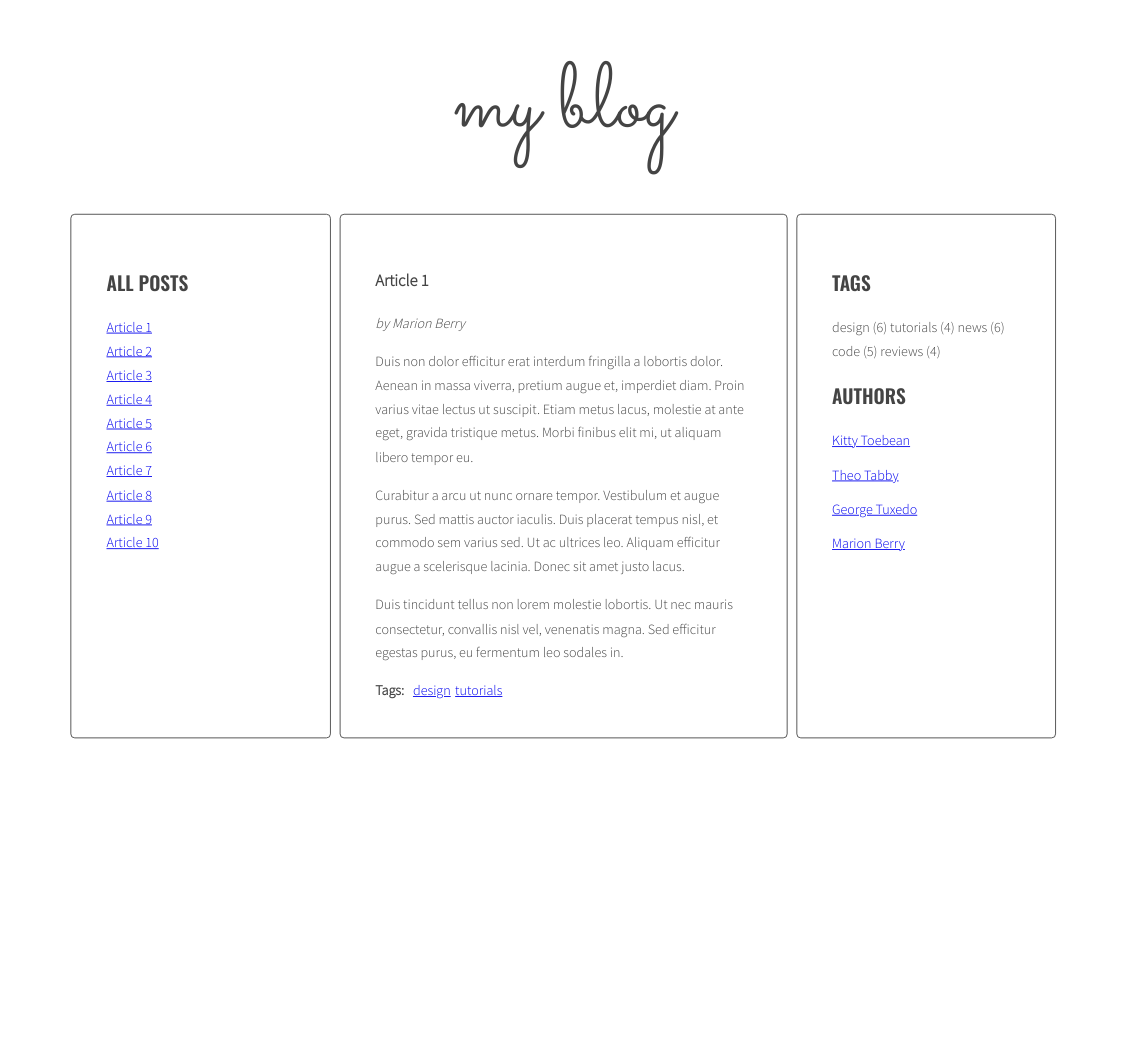
Repository: ulasup/javascript-blog
Page: index.html
These files come from the project's save history. The page is drawn as it stood at one moment and after the next save; the edit follows.
The browser window is 1280 px wide. The pictures show the whole page, at 88% of full size.
The style sheet was rebuilt from its Sass, Less or Tailwind sources for each picture, by a compiler version that may differ from the author's.

Above is the page before, as saved 2020-12-19 17:51:07.

### index.html
<!DOCTYPE html>
<html  lang="en">
    <head>
        <meta charset="UTF-8">
        <title>Film blog</title>
        <link rel="stylesheet" href="css/style.css">
    </head>
    <body>
        <div class="blog">
            <div class="container">
              <h1 class="logo">my blog</h1>
              <main class="wrapper">
                <aside class="sidebar">
                  <h2 class="section-title">All posts</h2>
                  <ul class="list titles">
                  </ul>
                </aside>
                <section class="posts">
                  <article class="post active" id="article-1" data-tags="design tutorials">
                    <h3 class="post-title">Article 1</h3>
                    <p class="post-author">by Marion Berry</p>
                    <div class="post-content">
                      <p>Duis non dolor efficitur erat interdum fringilla a lobortis dolor. Aenean in massa viverra, pretium augue et, imperdiet diam. Proin varius vitae lectus ut suscipit. Etiam metus lacus, molestie at ante eget, gravida tristique metus. Morbi finibus elit mi, ut aliquam libero tempor eu.</p>
                      <p>Curabitur a arcu ut nunc ornare tempor. Vestibulum et augue purus. Sed mattis auctor iaculis. Duis placerat tempus nisl, et commodo sem varius sed. Ut ac ultrices leo. Aliquam efficitur augue a scelerisque lacinia. Donec sit amet justo lacus.</p>
                      <p>Duis tincidunt tellus non lorem molestie lobortis. Ut nec mauris consectetur, convallis nisl vel, venenatis magna. Sed efficitur egestas purus, eu fermentum leo sodales in.</p>
                    </div>
                    <div class="post-tags">
                      <p><strong>Tags:</strong></p>
                      <ul class="list list-horizontal">
                      </ul>
                    </div>
                  </article>
                  <article class="post" id="article-2" data-tags="news code">
                    <h3 class="post-title">Article 2</h3>
                    <p class="post-author">by Theo Tabby</p>
                    <div class="post-content">
                      <p>Phasellus sollicitudin, arcu vel iaculis ullamcorper, quam leo viverra orci, et faucibus quam sapien vel est. Maecenas ac suscipit elit. Nullam interdum, lorem vitae venenatis pulvinar, ex dui malesuada nunc, tempus cursus enim metus vel nulla.</p>
                      <p>Integer hendrerit, eros id efficitur dapibus, ante arcu ullamcorper orci, a iaculis felis turpis at purus. Quisque sodales posuere sapien vel consectetur. Duis dui urna, commodo non ante nec, mattis dictum enim. Donec aliquam erat sed diam lobortis, vel gravida lacus laoreet. Phasellus pretium maximus mi, eu posuere justo suscipit vel.</p>
                      <p>Nam magna nisl, varius in malesuada vitae, facilisis vel metus. Proin rhoncus euismod leo dictum lobortis. Suspendisse non ante sapien.</p>
                    </div>
                    <div class="post-tags">
                      <p><strong>Tags:</strong></p>
                      <ul class="list list-horizontal">
                      </ul>
                    </div>
                  </article>
                  <article class="post" id="article-3" data-tags="news reviews design">
                    <h3 class="post-title">Article 3</h3>
                    <p class="post-author">by George Tuxedo</p>
                    <div class="post-content">
                      <p>Mauris vel pellentesque turpis, ac sodales nisl. Quisque iaculis mi velit, ut convallis tellus accumsan a. Quisque iaculis, nisi et dignissim tincidunt, nisl eros euismod nulla, finibus laoreet erat enim posuere elit.</p>
                      <p>Aenean at semper urna. Duis vel sapien molestie, egestas diam consequat, molestie nulla. Praesent a malesuada metus. Praesent et tempus leo.</p>
                      <p>Mauris in eleifend neque, vitae eleifend velit. Maecenas purus est, bibendum eget imperdiet id, dictum sed ante. Aenean a magna et eros sagittis aliquet.</p>
                    </div>
                    <div class="post-tags">
                      <p><strong>Tags:</strong></p>
                      <ul class="list list-horizontal">
                      </ul>
                    </div>
                  </article>
                  <article class="post" id="article-4" data-tags="tutorials code design">
                    <h3 class="post-title">Article 4</h3>
                    <p class="post-author">by Kitty Toebean</p>
                    <div class="post-content">
                      <p>Morbi vel cursus nulla, vel varius mauris. Suspendisse sed elit sit amet risus faucibus vestibulum ut sit amet purus. Donec orci est, condimentum ut quam quis, scelerisque fringilla ligula.</p>
                      <p>Quisque bibendum nisl id quam sagittis, id pretium dolor scelerisque. Suspendisse non odio nec velit dapibus placerat non a libero.</p>
                      <p>Vivamus at tristique ex, feugiat sagittis ex. Cras cursus, ipsum et efficitur commodo, urna sapien rutrum magna, quis sodales justo ligula eget nunc. In hac habitasse platea dictumst.</p>
                    </div>
                    <div class="post-tags">
                      <p><strong>Tags:</strong></p>
                      <ul class="list list-horizontal">
                      </ul>
                    </div>
                  </article>
                  <article class="post" id="article-5" data-tags="design reviews">
                    <h3 class="post-title">Article 5</h3>
                    <p class="post-author">by Marion Berry</p>
                    <div class="post-content">
                      <p>Suspendisse sem eros, euismod condimentum arcu ac, consequat fermentum orci. Nam convallis lacus nec interdum vestibulum. Vestibulum luctus, quam eu tristique ornare, lorem nibh sodales enim, vitae tempor dolor ante vitae tortor.</p>
                      <p>Duis venenatis metus quis luctus lobortis. In porttitor ipsum eget ligula aliquam ornare. Cras malesuada urna id volutpat sodales.</p>
                      <p>Donec lobortis ultricies turpis, eu viverra magna gravida quis. Fusce sit amet pretium nulla. Duis rutrum metus vel libero sodales, pellentesque varius ex pulvinar.</p>
                    </div>
                    <div class="post-tags">
                      <p><strong>Tags:</strong></p>
                      <ul class="list list-horizontal">
                      </ul>
                    </div>
                  </article>
                  <article class="post" id="article-6" data-tags="reviews code">
                    <h3 class="post-title">Article 6</h3>
                    <p class="post-author">by George Tuxedo</p>
                    <div class="post-content">
                      <p>Donec posuere iaculis ante sed hendrerit. Lorem ipsum dolor sit amet, consectetur adipiscing elit. Quisque hendrerit neque nec urna tincidunt, quis vehicula dui vulputate. Morbi est sapien, auctor ut lectus eu, placerat viverra lorem.</p>
                      <p>Cras consectetur at erat id accumsan. Suspendisse lacinia in nulla quis vulputate. Nunc vitae consectetur augue. Nam ut vehicula mi. Aliquam tristique, purus in hendrerit porta, elit lectus finibus mi, vel malesuada nisl lectus a libero.</p>
                      <p>Nam quis efficitur ante. Sed eget purus quis ex commodo porta eu sit amet dolor. Mauris tellus nisl, dictum nec est vitae, condimentum ornare ante. Fusce ornare hendrerit maximus. In maximus rhoncus justo.</p>
                    </div>
                    <div class="post-tags">
                      <p><strong>Tags:</strong></p>
                      <ul class="list list-horizontal">
                      </ul>
                    </div>
                  </article>
                  <article class="post" id="article-7" data-tags="code news">
                    <h3 class="post-title">Article 7</h3>
                    <p class="post-author">by Kitty Toebean</p>
                    <div class="post-content">
                      <p>Donec eleifend mauris ac nisl fermentum, ac fermentum turpis dignissim. Aliquam diam nisl, imperdiet a varius eget, lobortis sed nisi. Nullam suscipit ipsum sed magna blandit, sed pellentesque urna malesuada.</p>
                      <p>Duis vestibulum arcu et lectus viverra porta. Praesent tempor lacus eget quam mattis, sit amet venenatis diam ultrices. Morbi gravida sapien quis ligula tincidunt, vel sagittis erat ultrices.</p>
                      <p>Ut orci tellus, laoreet ac diam ut, tempus bibendum nisi. Nam egestas sagittis nibh. Curabitur tristique dui quis egestas pretium. Duis eu felis orci.</p>
                    </div>
                    <div class="post-tags">
                      <p><strong>Tags:</strong></p>
                      <ul class="list list-horizontal">
                      </ul>
                    </div>
                  </article>
                  <article class="post" id="article-8" data-tags="news design tutorials">
                    <h3 class="post-title">Article 8</h3>
                    <p class="post-author">by Theo Tabby</p>
                    <div class="post-content">
                      <p>Praesent quis imperdiet erat. Curabitur tempor sapien a interdum malesuada. Proin libero erat, sagittis a sollicitudin eget, pulvinar nec risus. Cras et suscipit sem.</p>
                      <p>Maecenas consequat diam nec sollicitudin congue. Aenean porttitor porttitor quam, condimentum interdum metus congue sed. Donec at nulla ipsum.</p>
                      <p>Mauris non congue dui. Aenean ac eros vitae massa vulputate aliquet ut ac elit. Morbi iaculis auctor nunc aliquet luctus. Nunc tincidunt sem dui, quis interdum leo pellentesque eget. Fusce id leo varius, imperdiet nunc vitae, tristique mi. Mauris quis interdum justo. Mauris auctor purus eu leo faucibus feugiat. Nulla at odio vitae leo semper blandit.</p>
                    </div>
                    <div class="post-tags">
                      <p><strong>Tags:</strong></p>
                      <ul class="list list-horizontal">
                      </ul>
                    </div>
                  </article>
                  <article class="post" id="article-9" data-tags="news tutorials">
                    <h3 class="post-title">Article 9</h3>
                    <p class="post-author">by Marion Berry</p>
                    <div class="post-content">
                      <p>Tam et facilisis purus. Donec vulputate est quis lobortis posuere. Nunc vitae lorem ut odio faucibus pulvinar nec in justo. Ut ut ante ac tellus ornare tempus. Nunc maximus, tortor et dictum convallis, nunc libero posuere leo, scelerisque ultrices arcu sapien ut tellus.</p>
                      <p>Fusce lacinia augue massa, non tincidunt tortor auctor quis. Vestibulum ut pretium nisl. Etiam id tellus tempus, commodo ligula vehicula, porta magna.</p>
                      <p>Donec fringilla blandit dolor vel aliquet. Fusce tortor sapien, lobortis eu vehicula sit amet, dignissim et lectus. In ullamcorper metus vel massa fermentum, at fermentum dui sollicitudin. Nullam lacinia elit vel tortor ullamcorper pulvinar.</p>
                    </div>
                    <div class="post-tags">
                      <p><strong>Tags:</strong></p>
                      <ul class="list list-horizontal">
                      </ul>
                    </div>
                  </article>
                  <article class="post" id="article-10" data-tags="code design news reviews">
                    <h3 class="post-title">Article 10</h3>
                    <p class="post-author">by George Tuxedo</p>
                    <div class="post-content">
                      <p>Aliquam erat volutpat. Ut non eleifend lectus. Donec suscipit tellus tempor, ornare dui id, hendrerit neque. Phasellus lacinia laoreet dui in luctus. Sed hendrerit, magna sit amet varius tempor, augue augue scelerisque est, non scelerisque mauris libero eu sapien.</p>
                      <p>Sed at sapien in quam sollicitudin aliquam. In interdum metus a mi porttitor luctus. Sed commodo, arcu id lacinia posuere, felis elit pharetra urna, at feugiat est orci sit amet libero. Quisque in nisl est. Nullam vehicula at lectus non luctus. Cras aliquam neque magna, at varius nisi egestas ut.</p>
                      <p>Rhoncus purus nulla, non auctor lacus placerat ut. Aliquam condimentum eget magna ac gravida. Etiam egestas faucibus urna et finibus. Cras vel tellus vel magna suscipit euismod. Maecenas id arcu ante. Duis iaculis scelerisque erat, at ullamcorper arcu consectetur eu. Fusce aliquam diam at arcu pharetra, vel fermentum nunc lobortis.</p>
                    </div>
                    <div class="post-tags">
                      <p><strong>Tags:</strong></p>
                      <ul class="list list-horizontal">
                      </ul>
                    </div>
                  </article>
                </section>
                <aside class="sidebar">
                  <h2 class="section-title">Tags</h2>
                  <ul class="list tags">
                  </ul>
                  <h2 class="section-title">Authors</h2>
                  <ul class="list authors">
                    <li>
                      <a href="#">
                        <span class="author-name">Kitty Toebean</span>
                      </a>
                    </li>
                    <li>
                      <a href="#">
                        <span class="author-name">Theo Tabby</span>
                      </a>
                    </li>
                    <li>
                      <a href="#">
                        <span class="author-name">George Tuxedo</span>
                      </a>
                    </li>
                    <li>
                      <a href="#">
                        <span class="author-name">Marion Berry</span>
                      </a>
                    </li>
                  </ul>
                </aside>
              </main>
            </div>
          </div>
    <script src="js/script.js"></script>
    </body>
</html>

### js/script.js
'use strict';

function titleClickHandler(event){
  event.preventDefault();

  const activeLinks = document.querySelectorAll('.titles a.active');
  for(let activeLink of activeLinks){
    activeLink.classList.remove('active');
  }

  const clickedElement = this;
  clickedElement.classList.add('active');

  const activeArticles = document.querySelectorAll('.post.active');
  for(let activeArticle of activeArticles){
    activeArticle.classList.remove('active');
  }

  const articleSelector = clickedElement.getAttribute('href');
  const targetArticle = document.querySelector(articleSelector);
  targetArticle.classList.add('active');
}

const optArticleSelector = '.post',
  optTitleSelector = '.post-title',
  optTitleListSelector = '.titles',
  optArticleTagsSelector = '.post-tags .list',
  optTagsListSelector = '.tags.list',
  optCloudClassCount = 5,
  optCloudClassPrefix = 'tag-size-';

function generateTitleLinks(customSelector = ''){

  const titleList = document.querySelector(optTitleListSelector);
  titleList.innerHTML = '';

  const articles = document.querySelectorAll(optArticleSelector + customSelector);
  let html = '';
  for (let article of articles){
    const articleId = article.getAttribute('id');
    const articleTitle = article.querySelector(optTitleSelector).innerHTML;
    const linkHTML = '<li><a href="#' + articleId + '"><span>' + articleTitle + '</span></a></li>';
    html = html + linkHTML;
  }
  titleList.innerHTML = html;

  const links = document.querySelectorAll('.titles a');
  for(let link of links){
    link.addEventListener('click', titleClickHandler);
  }
}

generateTitleLinks();

function calculateTagsParams(tags){
  const params = {
    max: 0,
    min: 999999
  };
  for(let tag in tags){
    if(tags[tag] > params.max){
      params.max = tags[tag];
    }
    if(tags[tag] < params.min){
      params.min = tags[tag];
    }
    console.log(tag + ' is used ' + tags[tag] + ' times');
  }
  return params;
}

function generateTags(){
  let allTags = {};
  const articles = document.querySelectorAll(optArticleSelector);
  for (let article of articles){
    const tagList = article.querySelector(optArticleTagsSelector);
    let html = '';
    const articleTags = article.getAttribute('data-tags');
    const articleTagsArray = articleTags.split(' ');
    for (let tag of articleTagsArray){
      const linkHTML = '<li><a href="#tag-' + tag + '"><span>' + tag + '</span></a></li>';
      html = html + linkHTML;
      if(!allTags.hasOwnProperty(tag)){
        allTags[tag] = 1;
      } else {
        allTags[tag]++;
      }
    }
    tagList.innerHTML = html;
  }
  const tagList = document.querySelector('.tags');
  const tagsParams = calculateTagsParams(allTags);
  console.log('tagsParams:', tagsParams);
  let allTagsHTML = '';
  for(let tag in allTags){
    allTagsHTML += tag + ' (' + allTags[tag] + ') ';
  }
  tagList.innerHTML = allTagsHTML;

}

generateTags();

function tagClickHandler(event){
  event.preventDefault();

  const clickedElement = this;
  console.log(clickedElement);
  const href = clickedElement.getAttribute('href');
  const tag = href.replace('#tag-', '');

  const activeTags = document.querySelectorAll('a.active[href^="#tag-"]');
  for(let activeTag of activeTags){
    activeTag.classList.remove('active');
  }

  const tagLinks = document.querySelectorAll('a[href="' + href + '"]');
  for (let tagLink of tagLinks){
    tagLink.classList.add('active');
  }

  generateTitleLinks('[data-tags~="' + tag + '"]');
}

function addClickListenersToTags(){
  const links =  document.querySelectorAll(optArticleTagsSelector);
  for(let link of links){
    link.addEventListener('click', tagClickHandler);
  }
}

addClickListenersToTags();

Loaded but not shown: sass/style.scss (130 lines, source omitted)

After the next save:
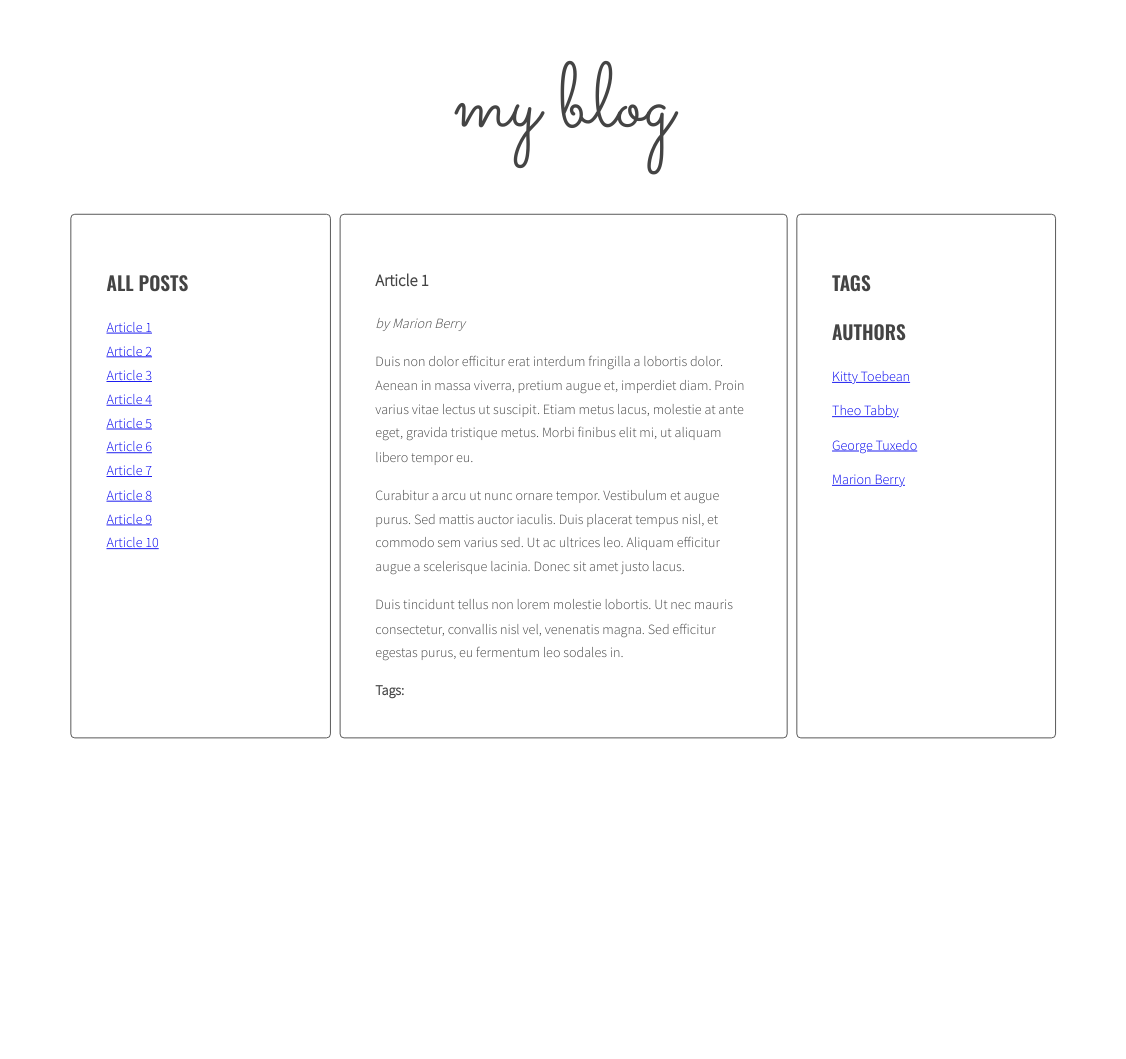
Console error: TypeError: Cannot set properties of null (setting 'innerHTML')
Saved 19 min 31 s later.
--- a/js/script.js
+++ b/js/script.js
@@ -24,7 +24,7 @@
 const optArticleSelector = '.post',
   optTitleSelector = '.post-title',
   optTitleListSelector = '.titles',
-  optArticleTagsSelector = '.post-tags .list',
+  optArticleTagsSelector = '.post-tags.list',
   optTagsListSelector = '.tags.list',
   optCloudClassCount = 5,
   optCloudClassPrefix = 'tag-size-';
@@ -67,6 +67,10 @@
     console.log(tag + ' is used ' + tags[tag] + ' times');
   }
   return params;
+}
+
+function calculateTagClass(count, params){
+
 }
 
 function generateTags(){

After the save that followed:
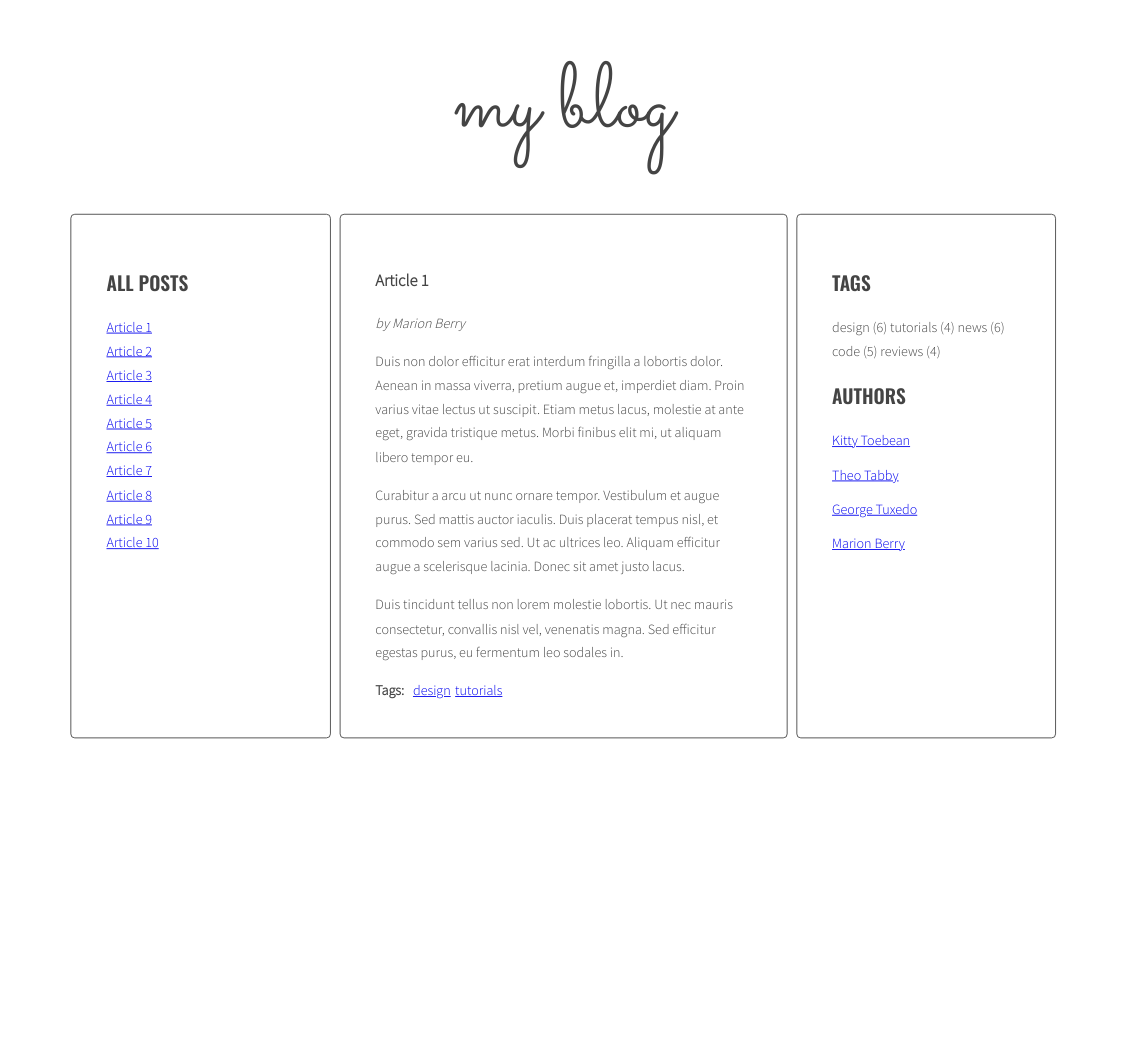
The error is gone.
Saved 11 s later.
--- a/js/script.js
+++ b/js/script.js
@@ -24,7 +24,7 @@
 const optArticleSelector = '.post',
   optTitleSelector = '.post-title',
   optTitleListSelector = '.titles',
-  optArticleTagsSelector = '.post-tags.list',
+  optArticleTagsSelector = '.post-tags .list',
   optTagsListSelector = '.tags.list',
   optCloudClassCount = 5,
   optCloudClassPrefix = 'tag-size-';
